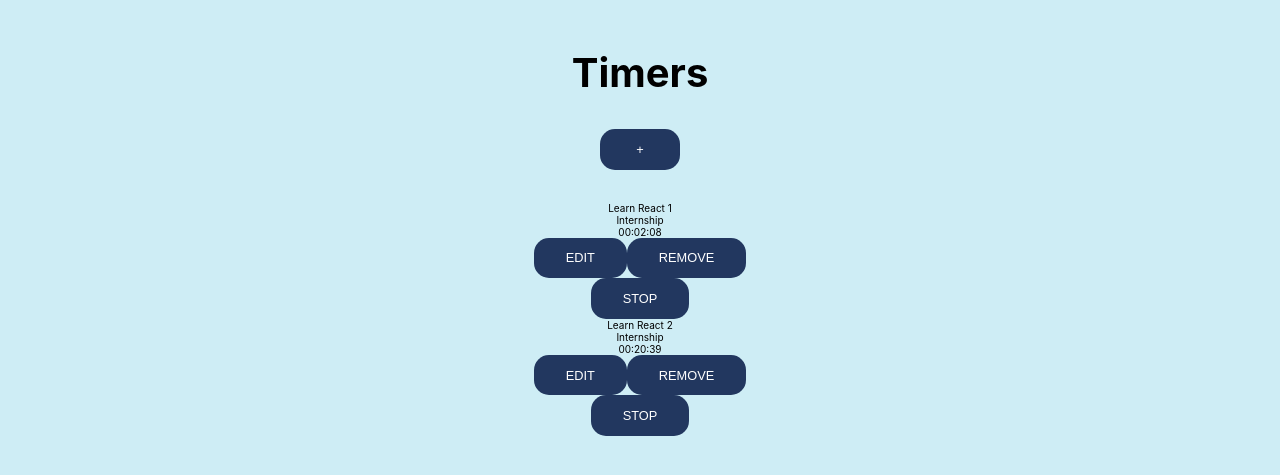
Repository: dqhuy153/react-timer
Page: /
The author's editor kept a copy of each file at every save. The page is drawn from the files as they stood at one save, then again after the next save.
The browser window is 1280 px wide. The pictures show the whole page.
The project was rebuilt for these pictures with package versions that can differ from the ones it lists, and the page was loaded fresh each time. Also part of the build but not shown: src/components/TimerForm/TimerForm.module.scss, src/components/TimerForm/index.jsx.

Above is the page before, as saved 2021-10-26 15:52:24.

### src/index.css
* {
  padding: 0;
  margin: 0;
  box-sizing: border-box;
}

body {
  margin: 0;
  font-family: -apple-system, BlinkMacSystemFont, 'Segoe UI', 'Roboto', 'Oxygen',
    'Ubuntu', 'Cantarell', 'Fira Sans', 'Droid Sans', 'Helvetica Neue',
    sans-serif;
  -webkit-font-smoothing: antialiased;
  -moz-osx-font-smoothing: grayscale;

  font-size: 62.5%;
}

code {
  font-family: source-code-pro, Menlo, Monaco, Consolas, 'Courier New',
    monospace;
}

### src/App.js
import { useEffect, useRef, useState } from 'react';
import './App.scss';

import EditableTimerForm from './components/EditableTimerForm';
import ToggleableTimerForm from './components/ToggeableTimerForm';

function App() {
  const timerRef = useRef();
  const [timers, setTimers] = useState([
    {
      id: 1,
      title: 'Learn React 1',
      project: 'Internship',
      time: 123454,
      isRunning: true,
    },
    {
      id: 2,
      title: 'Learn React 2',
      project: 'Internship',
      time: 1234545,
      isRunning: true,
    },
  ]);

  const handleUpdateTimer = (data) => {
    const newTimers = timers.map((timer, idx) => {
      if (timer.id === data.id) {
        return {
          ...timer,
          title: data.title,
          project: data.project,
        };
      }

      return timer;
    });

    setTimers(newTimers);
  };

  useEffect(() => {
    clearTimeout(timerRef.current);

    timerRef.current = setTimeout(() => {
      const newTimers = timers.map((timer, idx) => {
        if (timer.isRunning)
          return {
            ...timer,
            time: timer.time + 1000,
          };

        return timer;
      });

      setTimers(newTimers);
    }, 1000);
  }, [timers]);

  return (
    <div className="App">
      <h1>Timers</h1>

      <ToggleableTimerForm />

      {timers.map((timer) => {
        return (
          <EditableTimerForm
            key={timer.id}
            id={timer.id}
            title={timer.title}
            project={timer.project}
            timer={timer.time}
            isRunning={timer.isRunning}
          />
        );
      })}
    </div>
  );
}

export default App;

### src/App.scss
.App {
  text-align: center;
  padding: 3rem 0;
  background: #ceedf5;
  height: 100vh;

  h1 {
    font-size: 2.5rem;
  }
}

### src/components/EditableTimerForm/index.jsx
import React from 'react';
import Timer from '../Timer';
import TimerForm from '../TimerForm';

const EditableTimerForm = ({ id, title, project, timer, isRunning }) => {
  const isEdit = false;

  if (isEdit)
    return (
      <TimerForm
        id={id}
        title={title}
        project={project}
        timer={timer}
        // onCancel={handleCancelFomr}
      />
    );

  return (
    <Timer
      id={id}
      title={title}
      project={project}
      timer={timer}
      isRunning={isRunning}
    />
  );
};

export default EditableTimerForm;

### src/components/ToggeableTimerForm/index.jsx
import { useState } from 'react';
import Button from '../Button';
import TimerForm from '../TimerForm';

import styles from './ToggleableTimerForm.module.scss';

const ToggleableTimerForm = ({ onCreate, ...props }) => {
  const [isOpen, setIsOpen] = useState(false);

  const handleOpenForm = () => {
    setIsOpen(true);
  };

  const handleCloseForm = () => {
    setIsOpen(false);
  };

  const content = isOpen ? (
    <TimerForm onCancel={handleCloseForm} />
  ) : (
    <Button onClick={handleOpenForm}>+</Button>
  );

  return <div className={styles.container}>{content}</div>;
};

export default ToggleableTimerForm;

### src/components/Timer/index.jsx
import React from 'react';
import { millisecondsToHuman } from '../../utils/TimerUtils';
import Button from '../Button';

const Timer = ({ title, project, timer, isRunning }) => {
  const buttonLabel = isRunning ? 'STOP' : 'START';

  return (
    <div>
      <p>{title}</p>
      <p>{project}</p>
      <p>{millisecondsToHuman(timer)}</p>

      <div>
        <Button>EDIT</Button>
        <Button>REMOVE</Button>
      </div>

      <Button>{buttonLabel}</Button>
    </div>
  );
};

export default Timer;

### src/components/Button/index.jsx
import React from 'react';

import styles from './Button.module.scss';

const Button = ({ children, onClick, className, ...rest }) => {
  return (
    <button
      className={`${styles.container} ${className}`}
      onClick={onClick}
      children={children}
      {...rest}
    ></button>
  );
};

export default Button;

### src/components/ToggeableTimerForm/ToggleableTimerForm.module.scss
.container {
  margin: 2rem;
}

### src/utils/TimerUtils.js
import { v4 as uuidv4 } from 'uuid';

export const millisecondsToHuman = (ms) => {
  const seconds = Math.floor((ms / 1000) % 60);
  const minutes = Math.floor((ms / 1000 / 60) % 60);
  const hours = Math.floor(ms / 1000 / 60 / 60);

  const humanized = [
    pad(hours.toString(), 2),
    pad(minutes.toString(), 2),
    pad(seconds.toString(), 2),
  ].join(':');

  return humanized;
};

const pad = (numberString, size) => {
  let padded = numberString;
  while (padded.length < size) {
    padded = `0${padded}`;
  }
  return padded;
};

export const newTimer = (attrs = {}) => {
  const timer = {
    title: attrs.title || 'Timer',
    project: attrs.project || 'Project',
    id: uuidv4(),
    elapsed: 0,
    isRunning: false,
  };

  return timer;
};

### src/components/Button/Button.module.scss
.container {
  padding: 0.8rem 2rem;
  min-width: 5rem;
  background: rgb(34, 55, 95);
  border: none;
  color: #fff;
  border-radius: 15px;
  font-size: 0.8rem;
  cursor: pointer;
  transition: all 0.2s linear;

  &:hover {
    box-shadow: rgba(100, 100, 111, 0.3) 0px 7px 29px 0px;
    background: #fff;
    color: rgb(34, 55, 95);
    font-weight: bold;
  }

  &:active {
    transform: translateY(2px);
  }
}

Loaded but not shown: public/index.html (common file); src/index.js (common file); src/reportWebVitals.js (common file)

After the next save:
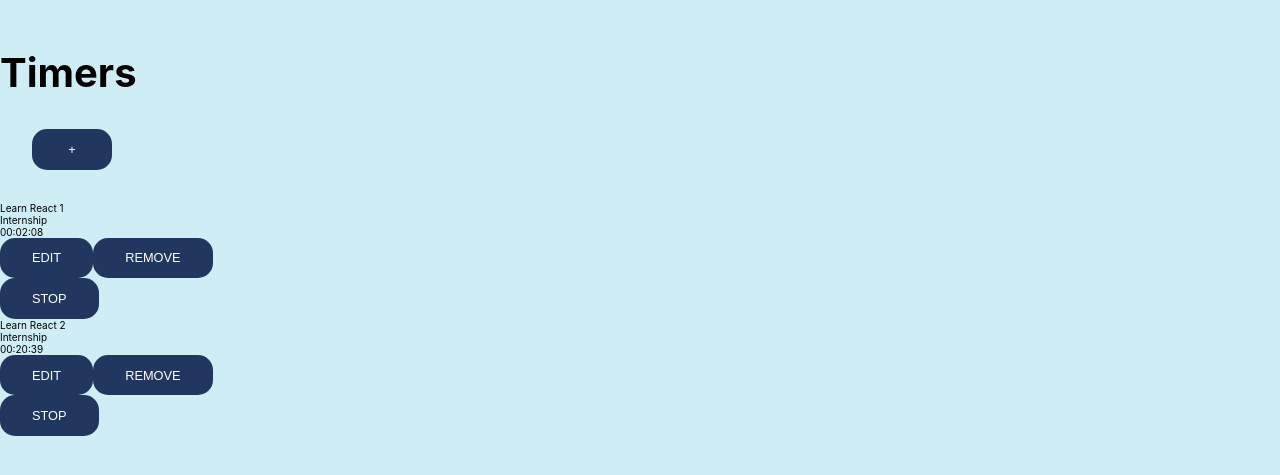
Saved 39 s later.
--- a/src/App.scss
+++ b/src/App.scss
@@ -1,5 +1,5 @@
 .App {
-  text-align: center;
+  // text-align: center;
   padding: 3rem 0;
   background: #ceedf5;
   height: 100vh;
